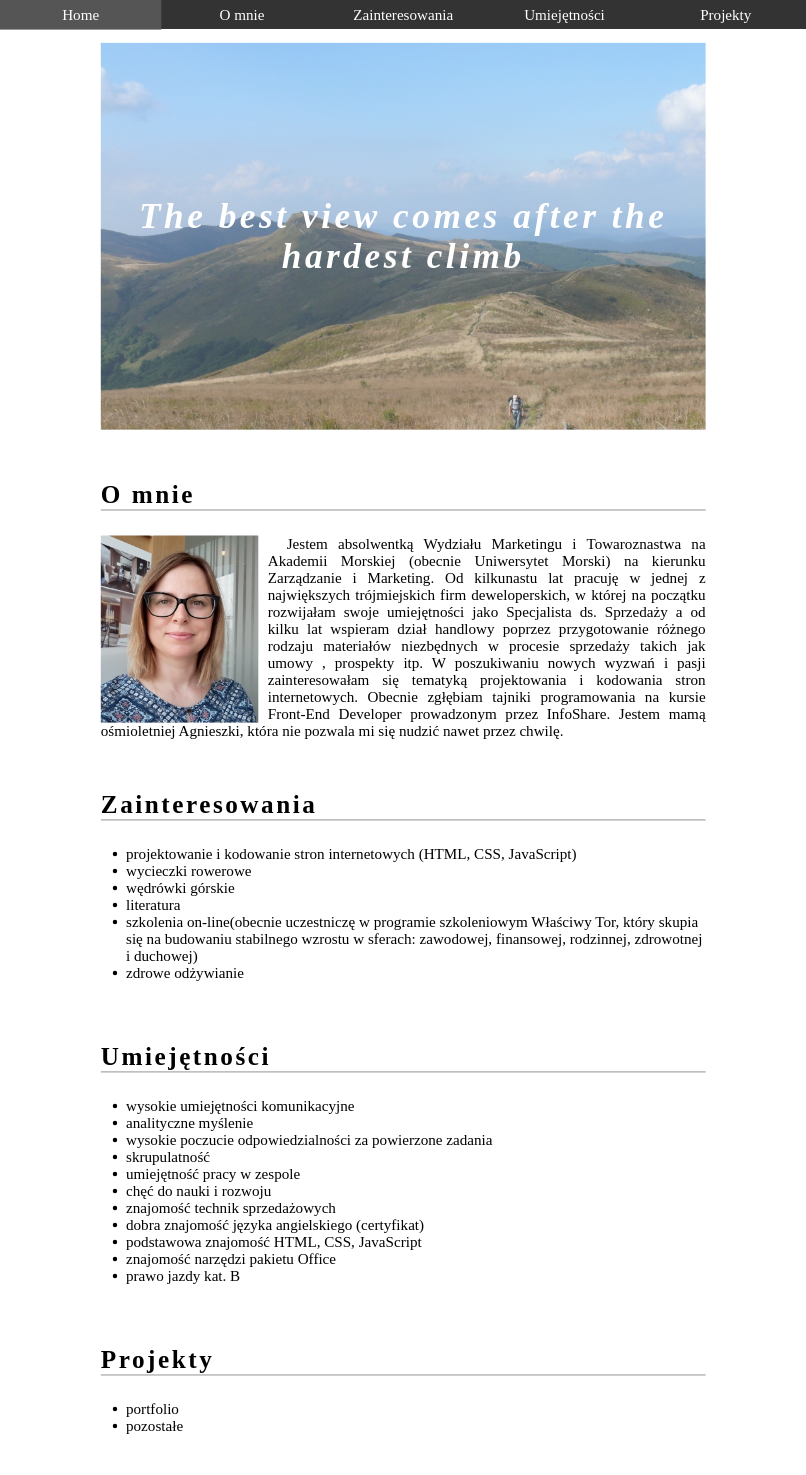
Repository: MagJaw/portfolio
Page: portfolio.html
The author's editor kept a copy of each file at every save. The page is drawn from the files as they stood at one save, then again after the next save.
The browser window is 1280 px wide. The pictures show the whole page, at 63% of full size.

Above is the page before, as saved 2018-11-13 00:37:47.

### portfolio.html
<!DOCTYPE html>
<html lang="pl">
<head>
    <meta charset="UTF-8">
    <meta name="viewport" content="width=device-width, initial-scale=1.0">
    <meta http-equiv="X-UA-Compatible" content="ie=edge">
    <link rel="stylesheet" href="main.css">
    <title>Portfolio</title>
</head>
<body>
    <div id="wrapper">
        <div id="section1"></div>
        <nav role="navigation" class="menu__container">
            <ul class="menu">
                <li class="menu__section">
                    <a href="#section1">Home</a>
                </li>
                <li class="menu__section">
                    <a href="#section2">O mnie</a>
                </li>
                <li class="menu__section">
                    <a href="#section3">Zainteresowania</a>
                </li>
                <li class="menu__section">
                    <a href="#section4">Umiejętności</a>
                </li>
                <li class="menu__section">
                    <a href="#section5">Projekty</a>
                </li>
            </ul>
        </nav>
        <div class="motto__container">
            <blockquote id="quote"><b>The best view comes after the hardest climb</b></blockquote>
        </div>

        <div id="section2">
            <h1 class="header__section">O mnie</h1>
            <img src="portret.jpg" class="my__photo">
            <p id="history"> Jestem absolwentką Wydziału Marketingu i Towaroznastwa na Akademii Morskiej (obecnie Uniwersytet Morski) na kierunku Zarządzanie i Marketing. Od kilkunastu lat pracuję w jednej z największych trójmiejskich firm deweloperskich, w której na początku rozwijałam swoje umiejętności jako Specjalista ds. Sprzedaży a od kilku lat wspieram dział handlowy poprzez przygotowanie różnego rodzaju materiałów niezbędnych w procesie sprzedaży takich jak umowy , prospekty itp. W poszukiwaniu nowych wyzwań i pasji zainteresowałam się tematyką projektowania i kodowania stron internetowych. Obecnie zgłębiam tajniki programowania na kursie Front-End Developer prowadzonym przez InfoShare. Jestem mamą ośmioletniej Agnieszki, która nie pozwala mi się nudzić nawet przez chwilę.</p>
        </div>
        <div id="section3">
            <h1 class="header__section">Zainteresowania</h1>
            <ul>
                <li>projektowanie i kodowanie stron internetowych (HTML, CSS, JavaScript)</li>
                <li>wycieczki rowerowe</li>
                <li>wędrówki górskie</li>
                <li>literatura</li>
                <li>szkolenia on-line(obecnie uczestniczę w programie szkoleniowym Właściwy Tor, który skupia się na budowaniu stabilnego wzrostu w sferach: zawodowej, finansowej, rodzinnej, zdrowotnej i duchowej)</li>
                <li>zdrowe odżywianie</li>
            </ul>
        </div>
        <div id="section4">
            <h1 class="header__section">Umiejętności</h1>
            <ul>
                <li>wysokie umiejętności komunikacyjne</li>
                <li>analityczne myślenie</li>
                <li>wysokie poczucie odpowiedzialności za powierzone zadania</li>
                <li>skrupulatność</li>
                <li>umiejętność pracy w zespole</li>
                <li>chęć do nauki i rozwoju</li>
                <li>znajomość technik sprzedażowych</li>
                <li>dobra znajomość języka angielskiego (certyfikat)</li>
                <li>podstawowa znajomość HTML, CSS, JavaScript</li>
                <li>znajomość narzędzi pakietu Office</li>
                <li>prawo jazdy kat. B</li>
            </ul>
        </div>
        <div id="section5">
            <h1 class="header__section">Projekty</h1>
            <ul>
                <li>portfolio</li>
                <li>pozostałe</li>
            </ul>
        </div>
        <div id="footer">
            <p>Magdalena Skopczyńska</p>
            <p>email: info@mysite.com</p>
            <p>tel. 000-000-000</p>
        </div>
    </div>
</body>
</html>

### main.css
html {
    font-size: 16px;
    scroll-behavior: smooth;
  }

#wrapper {
    width: 100%;
    max-width: 960px;
    margin: 0 auto;
}

.menu__container {
background:  #333;
}

.menu {
    list-style-type: none;
    padding: 0;
    margin: 0;
}

.menu__container a {
    text-decoration: none;
    text-align: center;
    color: #fff;
    display: block;
    padding: 10px;
}

.menu__container a:hover {
background-color: #555;
}

.motto__container {
width: 100%;
height: 48vw;
background-image: url(tapeta.jpg);
background-color: #555;
opacity: 0.8;
display: table;
}

#quote {
font-size: 3.5em;
letter-spacing: 0.1em;
font-style: italic;
color: #fff;
text-align: center;
vertical-align: middle;
display: table-cell;
margin: 0;
}

p, li {
font-size: 1.5em;
}

.header__section {
font-size: 2.5em;
letter-spacing: 0.1em;
border-bottom: 1px solid #555;
margin-top: 1em;
margin-bottom: 1em;
}

.my__photo {
float: left;
padding-right: 15px;
}

#history {
margin: 0;
text-indent: 30px;
text-align: justify;
}

#footer {
height: 0px;
background: #333;
bottom: 0;
display: flex;
}

#footer p {
color: #fff;
font-size: 1em;
display: block;
padding: 15px;
text-align: center;
width:100%;
}

@media screen and (max-width: 767px){
#quote {
font-size: 2em;
}

.my__photo {
    float: none;
    padding-right: 0;
    display: block;
    margin: 0 auto;
    }

#history {
    padding-top: 10px;
    }
}

@media screen and (min-width: 768px){

.menu {
display: flex;
}

.menu__section {
flex: 1 1 0;
}

.menu__container {
    background:  #333;
    z-index: 1;
    top: 0;
    left: 0;
    right: 0;
    height: 46px;
    position: fixed;
    }

.motto__container {
margin-top: 40px;
}

/*.header__section {
    margin-top: 46px;
    }
}*/

#section2,
#section3,
#section4,
#section5 {
padding-top: 40px;
}

#section1 {
padding: 10px;
}
}
@media screen and (min-width: 1700px){
    .motto__container {

    height: 24vw;
    }

After the next save:
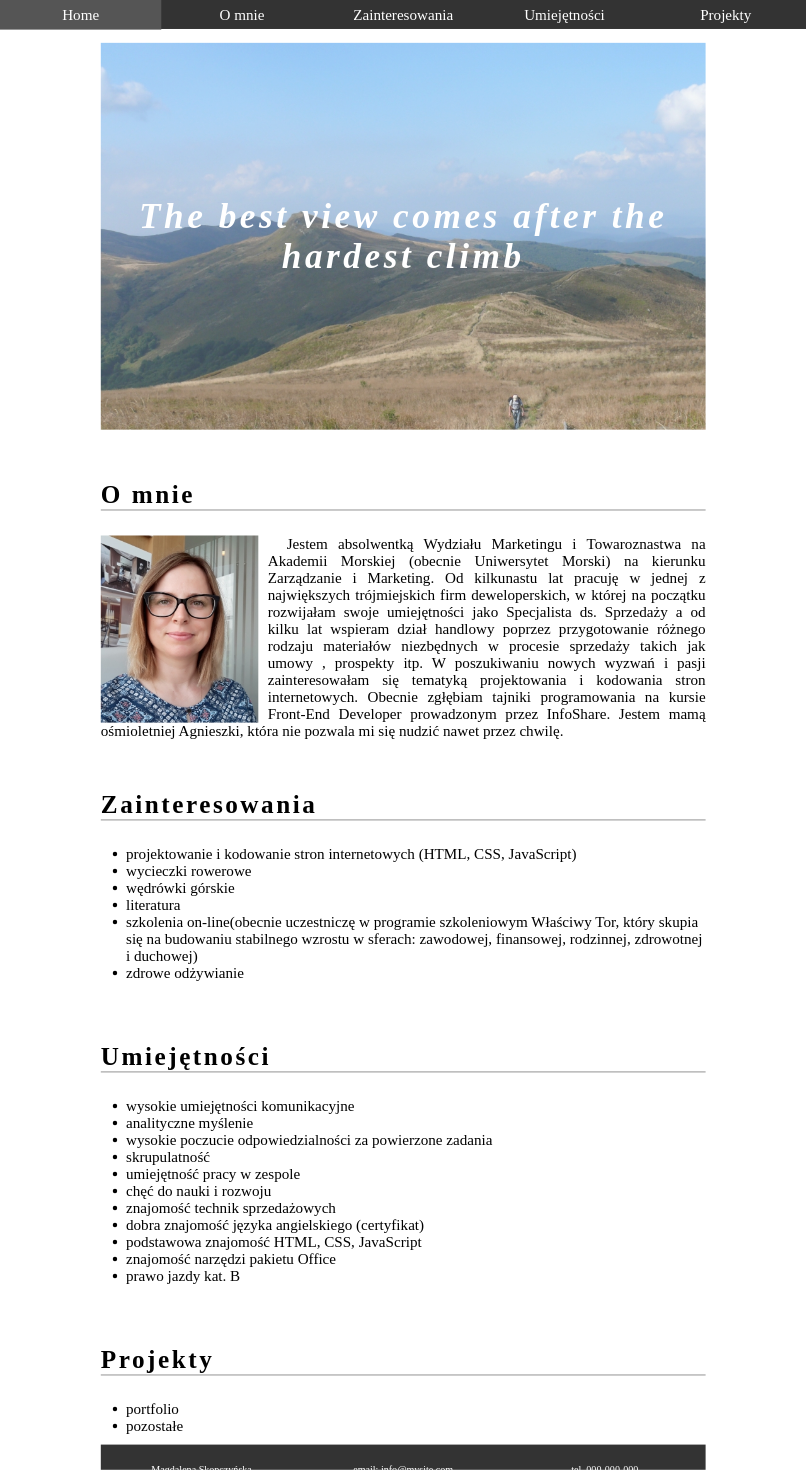
Saved 45 s later.
--- a/main.css
+++ b/main.css
@@ -75,7 +75,7 @@ text-align: justify;
 }
 
 #footer {
-height: 0px;
+height: 40px;
 background: #333;
 bottom: 0;
 display: flex;
